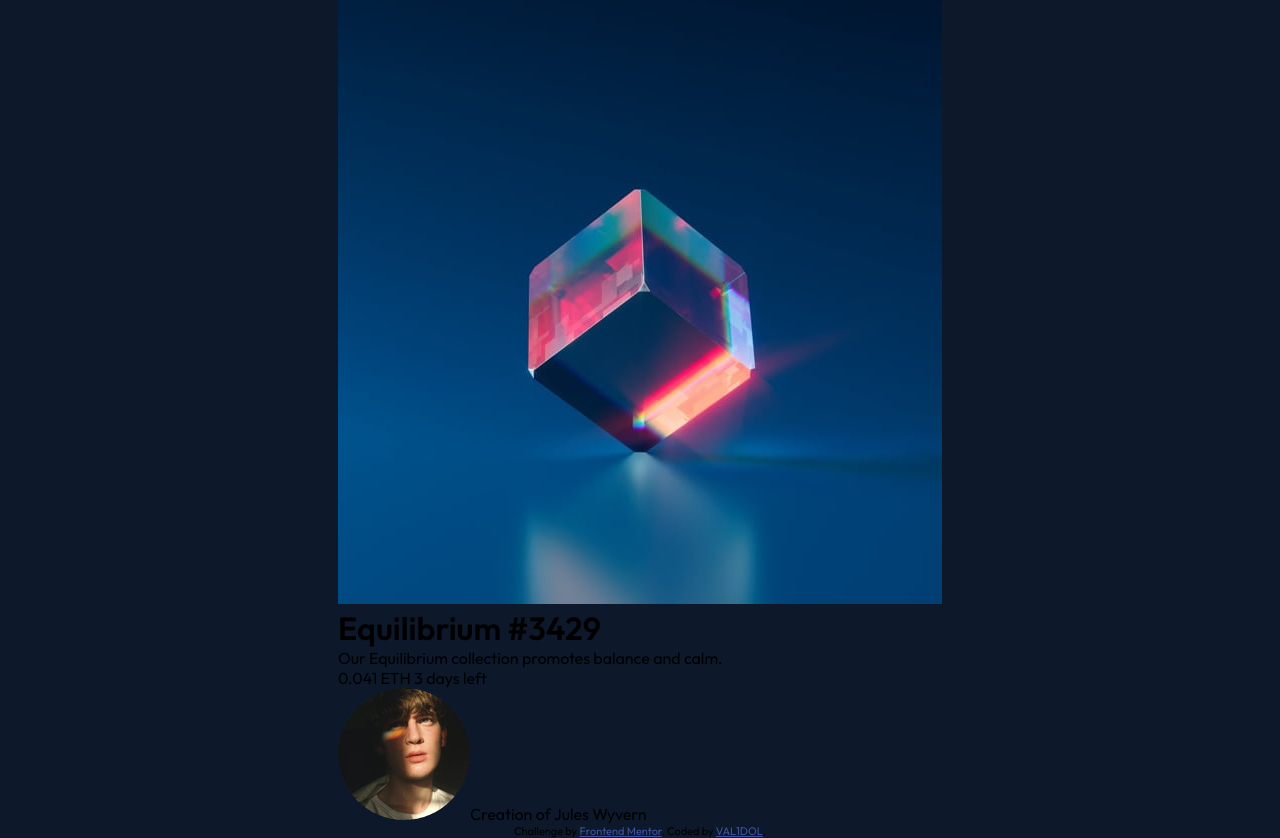
Repository: VAL1DOL-web/fm-NFT-preview-card-component
Page: index.html
These files come from the project's save history. The page is drawn as it stood at one moment and after the next save; the edit follows.
The browser window is 1280 px wide. The pictures show the whole page.

Above is the page before, as saved 2024-01-07 15:04:31.

### index.html
<!DOCTYPE html>
<html lang="en">
<head>
  <meta charset="UTF-8">
  <meta name="viewport" content="width=device-width, initial-scale=1.0"> <!-- displays site properly based on user's device -->

  <link rel="icon" type="image/png" sizes="32x32" href="./images/favicon-32x32.png">
  <link rel="stylesheet" href="style.css">

  <title>NFT preview card component</title>

  <!-- Feel free to remove these styles or customise in your own stylesheet 👍 -->
  <style>
    .attribution { font-size: 11px; text-align: center; }
    .attribution a { color: hsl(228, 45%, 44%); }
  </style>
</head>
<body>
  <div class="container">
    <div class="imgbox">
      <img src="images/image-equilibrium.jpg" alt="">
    </div>
    <div class="textbox">
      <h1>Equilibrium #3429</h1>
    <p>Our Equilibrium collection promotes balance and calm.</p>
    0.041 ETH
    3 days left
    </div>
    <p class="avatar">
      <img src="/images/image-avatar.png" alt="" />Creation of Jules Wyvern
    </p>
  </div>
  <div class="attribution">
    Challenge by <a href="https://www.frontendmentor.io?ref=challenge" target="_blank">Frontend Mentor</a>.
    Coded by <a href="https://github.com/VAL1DOL-web">VAL1DOL</a>.
  </div>
</body>
</html>

### style.css
@import url('https://fonts.googleapis.com/css2?family=Outfit:wght@300;400;600&display=swap');

* {
    font-family: 'Outfit', sans-serif;
    margin: 0;
    padding: 0;
    box-sizing: border-box;
  }

body {
    width: 100%;
    min-height: 100vh;
    display: flex;
    flex-direction: column;
    justify-content: center;
    align-items: center;
    background: hsl(217, 54%, 11%);
  }
  .container {

  }

After the next save:
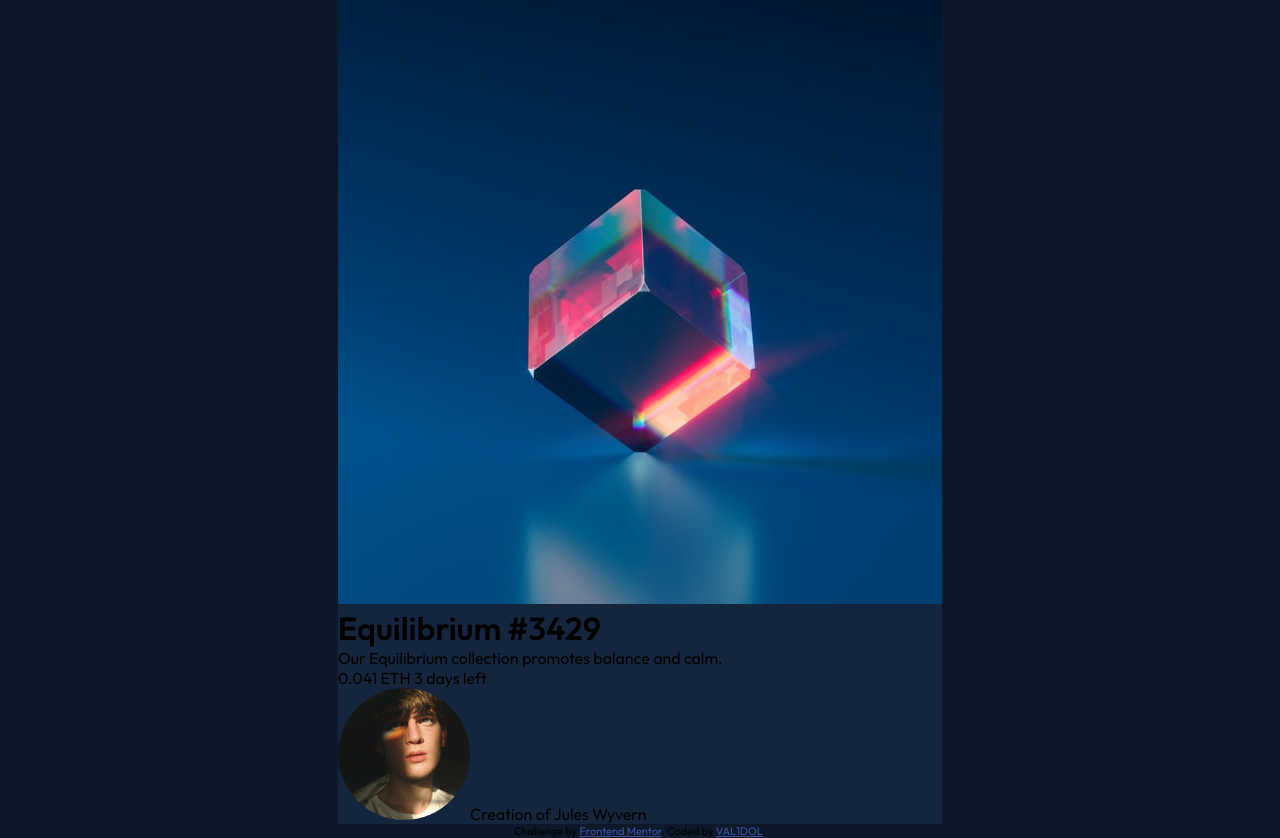
Saved 23 s later.
--- a/style.css
+++ b/style.css
@@ -17,5 +17,5 @@ body {
     background: hsl(217, 54%, 11%);
   }
   .container {
-
+    background-color: hsl(216, 50%, 16%);
   }
